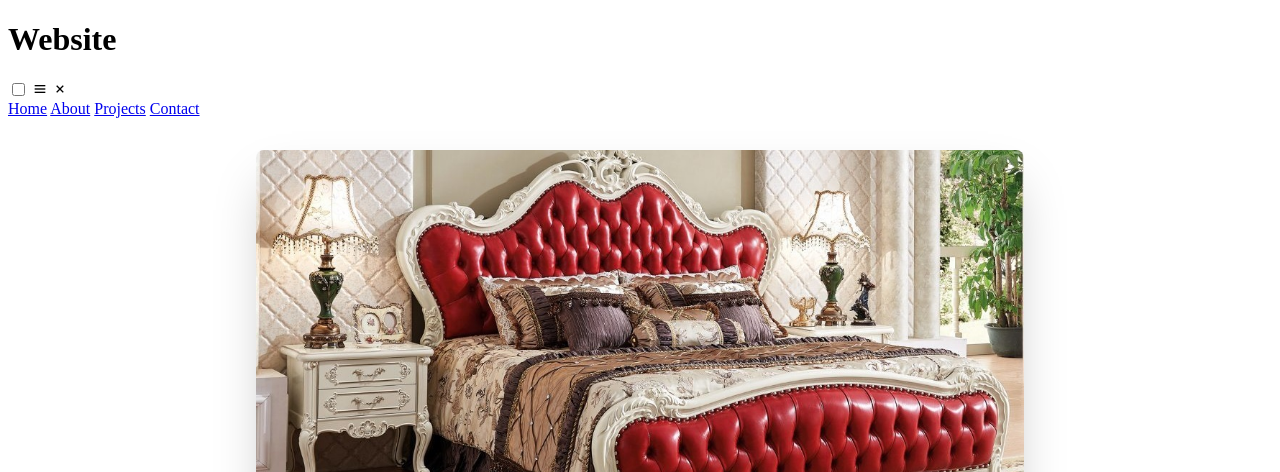
Repository: alishbah7/Choice1
Page: index.html
These files come from the project's save history. The page is drawn as it stood at one moment and after the next save; the edit follows.
The browser window is 1280 px wide. The pictures show the part of the page from y = 0 to 472 px (the page is 1486 px tall before and 1376 px after).
Pictures or frames that could not be fetched are drawn as grey boxes.

Above is the page before, as saved 2024-11-23 22:21:18.

After the next save:
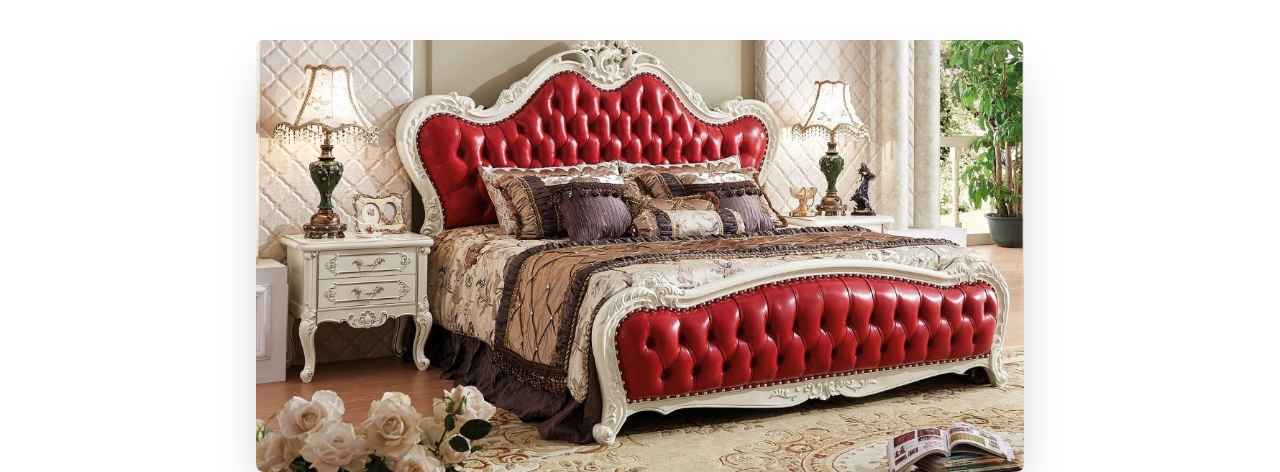
Saved 17 s later.
--- a/index.html
+++ b/index.html
@@ -13,7 +13,7 @@
 </head>
 <body>
     <!------------ header ------------>
-    <header>
+    <!-- <header>
         <h1>Website</h1>
 
         <input type="checkbox" id="check" />
@@ -28,7 +28,7 @@
             <a href="#" class="nav-item" style="--i: 3" data-aos="fade-down">Projects</a>
             <a href="#" class="nav-item" style="--i: 4" data-aos="fade-down">Contact</a>
         </nav>
-    </header>
+    </header> -->
 
     <!------------ home ------------>
     <section class="container">
